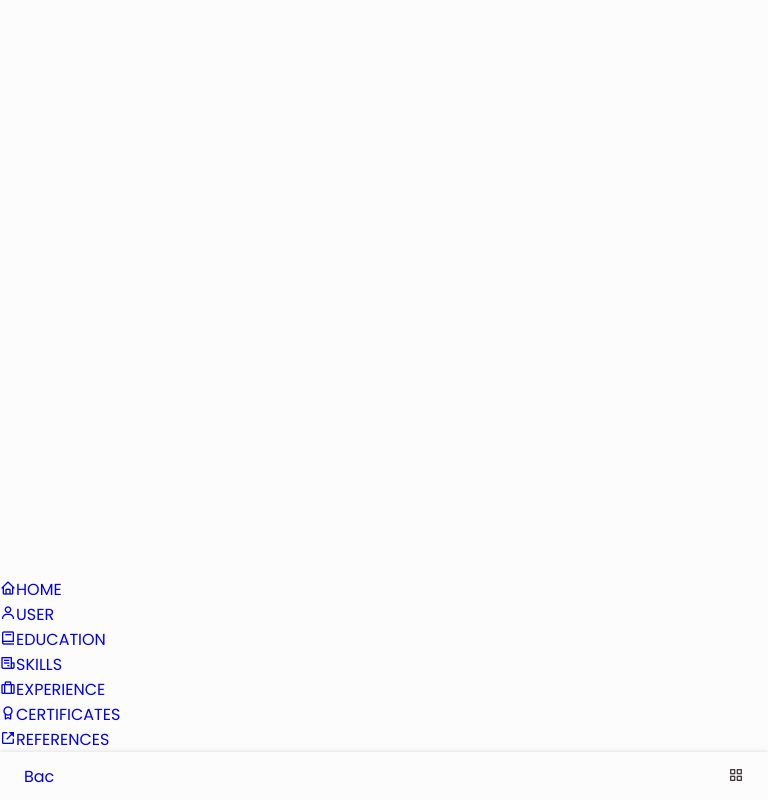
Repository: northpx/myCV
Page: index.html
An editor plug-in stored every save of this project. The page is shown before and after a run of saves, followed by the edit.
The browser window is 768 px wide. The pictures show the whole page.

Above is the page before, as saved 2023-02-23 09:53:18.

After the next 5 saves:
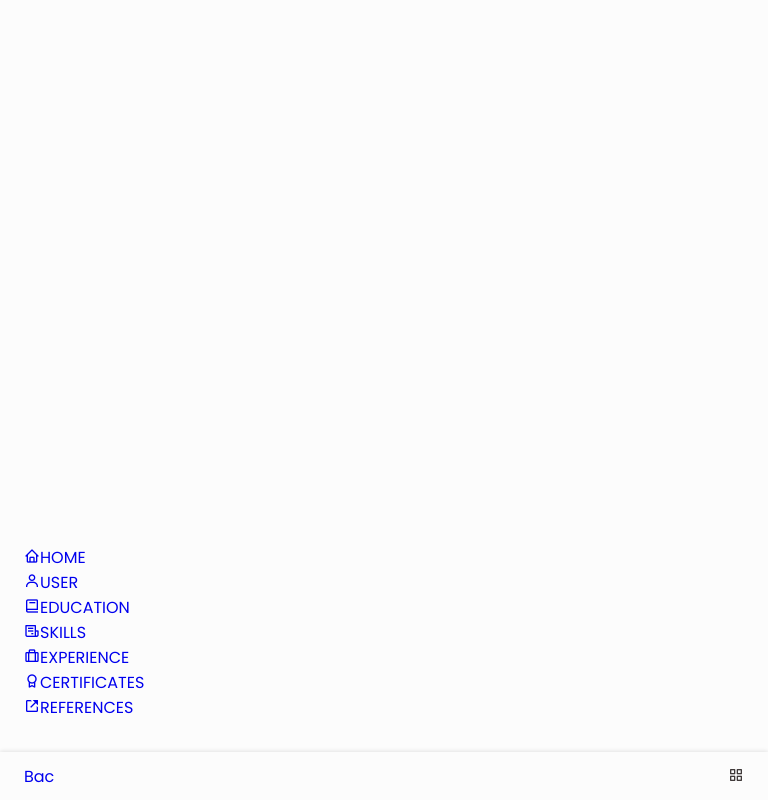
The 5 saves are shown as one change because they came seconds apart.
The last was saved 14 s later.
--- a/src/css/styles.css
+++ b/src/css/styles.css
@@ -115,6 +115,7 @@ img{
         bottom: var(--header-height);
         left: 0;
         width: 100%;
-        padding: ;
+        padding: 2rem 1.5rem;
+        background-color: var(bo);
     }
 }
